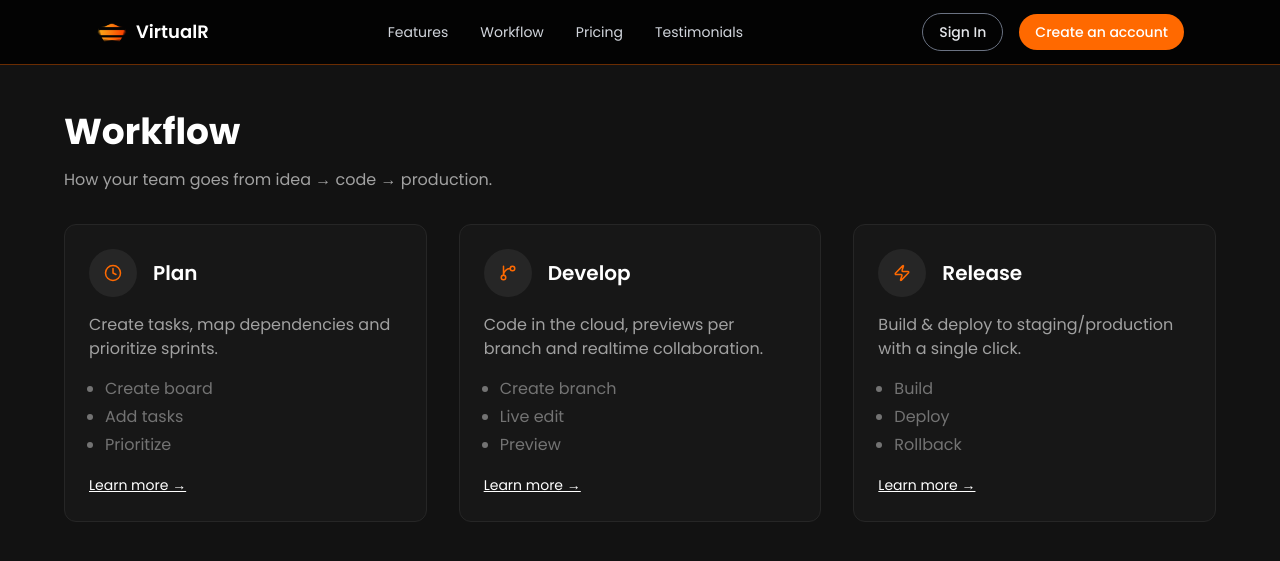
Repository: Khushichugh14/Virtualab
Page: /workflow/develop
These files come from the project's save history. The page is drawn as it stood at one moment and after the next save; the edit follows.
The browser window is 1280 px wide. The pictures show the whole page.
The project was rebuilt for these pictures with package versions that can differ from the ones it lists, and the page was loaded fresh each time. Also part of the build but not shown: vite.config.js, src/constants/index.jsx, src/pages/StartFree.jsx, src/pages/Documentation.jsx, src/pages/CreatAccount.jsx, src/pages/SignIn.jsx, src/components/HeroSection.jsx, src/components/FeatureSection.jsx and 10 more. Imported but missing from the stored project, and not drawn on this page: src/assets/video1.mp4, src/assets/video2.mp4.

Above is the page before, as saved 2025-12-11 12:10:27.

### index.html
<!doctype html>
<html lang="en">
  <head>
    <meta charset="UTF-8" />
    <link rel="icon" type="image/svg+xml" href="/vite.svg" />
    <meta name="viewport" content="width=device-width, initial-scale=1.0" />
    <title>virtular</title>
  </head>
  <body>
    <div id="root"></div>
    <script type="module" src="/src/main.jsx"></script>
  </body>
</html>

### src/main.jsx
import React from "react";
import ReactDOM from "react-dom/client";
import App from "./App";
import { BrowserRouter } from "react-router-dom";
import "./index.css";
import { Toaster } from "react-hot-toast";

ReactDOM.createRoot(document.getElementById("root")).render(
  <React.StrictMode>
    <BrowserRouter>
      <App />
       <Toaster position="top-right" />
    </BrowserRouter>
  </React.StrictMode>
);

### src/App.jsx
// App.jsx
import Navbar from "./components/Navbar";

import StartFree from "./pages/StartFree";
import Documentation from "./pages/Documentation";
import CreateAccount from "./pages/CreatAccount";
import SignIn from "./pages/SignIn";

import { Routes, Route } from "react-router-dom";
import HomePage from "./pages/HomePage";
import FeaturePage from "./pages/FeaturePage";
import FeatureDetail from "./pages/FeatureDetail";
import WorkflowPage from "./pages/WorkFlowPage";
import PricingPage from "./pages/PricingPage";
import TestimonialsPage from "./pages/Testimonials";
import WorkflowDetail from "./pages/WorkflowDetail";


const App = () => {
  return (
    <>
      <Navbar />

      <Routes>
        {/* Landing page */}
        <Route path="/" element={<HomePage />} />

        {/* Other pages */}
        <Route path="/start-free" element={<StartFree />} />
        <Route path="/documentation" element={<Documentation />} />
        <Route path="/create-account" element={<CreateAccount />} />
        <Route path="/signin" element={<SignIn />} />
        <Route path="/features" element={<FeaturePage />} />
        <Route path="/features/:id" element={<FeatureDetail />} />
        <Route path="/workflow" element={<WorkflowPage />} />
        <Route path="/workflow/:id" element={<WorkflowDetail />} />
        <Route path="/pricing" element={<PricingPage />} />
        <Route path="/testimonials" element={<TestimonialsPage />} />
      </Routes>
    </>
  );
};

export default App;

### src/index.css
@import url('https://fonts.googleapis.com/css2?family=Poppins:ital,wght@0,100;0,200;0,300;0,400;0,500;0,600;0,700;0,800;0,900;1,100;1,200;1,300;1,400;1,500;1,600;1,700;1,800;1,900&display=swap');

@import "tailwindcss";

:root {
  font-family: "Poppins", sans-serif;
  color-scheme: dark;
}

### src/components/Navbar.jsx
import { Menu, X } from "lucide-react";
import { useEffect, useState } from "react";
import logo from "../assets/logo.png";
import { navItems } from "../constants";
import { useNavigate, useLocation } from "react-router-dom";

const SESSION_KEY = "virtualrSession"; // ✅ Match CreateAccount & SignIn

const Navbar = () => {
  const [isMenuOpen, setIsMenuOpen] = useState(false);
  const [isLoggedIn, setIsLoggedIn] = useState(false);

  const navigate = useNavigate();
  const location = useLocation();

  useEffect(() => {
    const session = localStorage.getItem(SESSION_KEY);
    setIsLoggedIn(!!session); // logged in if session exists
  }, [location.pathname]);

  const handleNavClick = (path) => {
    if (!path) return;

    setIsMenuOpen(false);

    if (path.startsWith("#") || path.startsWith("/#")) {
      const sectionId = path.startsWith("#")
        ? path.slice(1)
        : path.split("#")[1];

      const scrollToSection = () => {
        const section = document.getElementById(sectionId);
        if (section) section.scrollIntoView({ behavior: "smooth" });
      };

      if (location.pathname !== "/") {
        navigate("/");
        setTimeout(scrollToSection, 150);
      } else {
        scrollToSection();
      }

      return;
    }

    navigate(path);
  };

  const handleLogout = () => {
    localStorage.removeItem(SESSION_KEY); // ❗ remove VR login session
    setIsLoggedIn(false);
    navigate("/create-account"); // after logout go to signup
  };

  return (
    <nav className="fixed top-0 left-0 right-0 z-50 bg-black/80 backdrop-blur-md border-b border-orange-500/40">
      <div className="max-w-6xl mx-auto px-4 sm:px-6 lg:px-8">
        <div className="flex justify-between h-16 items-center">
          {/* Logo */}
          <div
            className="flex items-center gap-2 cursor-pointer"
            onClick={() => handleNavClick("/")}
          >
            <img src={logo} alt="VirtualR Logo" className="h-8 w-auto" />
            <span className="text-white font-semibold text-lg">VirtualR</span>
          </div>

          {/* Desktop nav */}
          <div className="hidden md:flex items-center space-x-8">
            {navItems.map((item) => (
              <button
                key={item.label}
                onClick={() => handleNavClick(item.path)}
                className="text-gray-300 hover:text-white transition-colors text-sm"
              >
                {item.label}
              </button>
            ))}
          </div>

          {/* Right buttons */}
          <div className="hidden md:flex items-center space-x-4">
            {isLoggedIn ? (
              <button
                onClick={handleLogout}
                className="px-4 py-2 rounded-full bg-orange-500 hover:bg-orange-600 text-white text-sm font-medium transition-colors"
              >
                Logout
              </button>
            ) : (
              <>
                <button
                  onClick={() => handleNavClick("/signin")}
                  className="px-4 py-2 rounded-full border border-gray-500 text-gray-200 hover:bg-gray-800 text-sm font-medium transition-colors"
                >
                  Sign In
                </button>
                <button
                  onClick={() => handleNavClick("/create-account")}
                  className="px-4 py-2 rounded-full bg-orange-500 hover:bg-orange-600 text-white text-sm font-medium transition-colors"
                >
                  Create an account
                </button>
              </>
            )}
          </div>

          {/* Mobile menu toggle */}
          <div className="md:hidden flex items-center">
            <button
              onClick={() => setIsMenuOpen((prev) => !prev)}
              className="text-gray-200 hover:text-white focus:outline-none"
            >
              {isMenuOpen ? <X size={24} /> : <Menu size={24} />}
            </button>
          </div>
        </div>
      </div>

      {/* Mobile menu */}
      {isMenuOpen && (
        <div className="md:hidden bg-black/95 border-t border-orange-500/40">
          <div className="px-4 py-4 space-y-3">
            {navItems.map((item) => (
              <button
                key={item.label}
                onClick={() => handleNavClick(item.path)}
                className="block w-full text-left text-gray-300 hover:text-white py-1"
              >
                {item.label}
              </button>
            ))}

            <div className="pt-3 border-t border-gray-700 mt-2">
              {isLoggedIn ? (
                <button
                  onClick={handleLogout}
                  className="w-full px-4 py-2 rounded-full bg-orange-500 hover:bg-orange-600 text-white text-sm font-medium transition-colors"
                >
                  Logout
                </button>
              ) : (
                <>
                  <button
                    onClick={() => handleNavClick("/signin")}
                    className="w-full mb-2 px-4 py-2 rounded-full border border-gray-500 text-gray-200 hover:bg-gray-800 text-sm font-medium transition-colors"
                  >
                    Sign In
                  </button>
                  <button
                    onClick={() => handleNavClick("/create-account")}
                    className="w-full px-4 py-2 rounded-full bg-orange-500 hover:bg-orange-600 text-white text-sm font-medium transition-colors"
                  >
                    Create an account
                  </button>
                </>
              )}
            </div>
          </div>
        </div>
      )}
    </nav>
  );
};

export default Navbar;

### src/pages/WorkflowDetail.jsx
// src/pages/WorkflowPage.jsx
import { workflow } from "../constants/siteData";
import { Link } from "react-router-dom";

const WorkflowPage = () => {
  return (
    <main className="px-6 pt-28 pb-12">
      <div className="max-w-6xl mx-auto">
        <h1 className="text-4xl font-bold mb-4">Workflow</h1>
        <p className="text-neutral-400 max-w-2xl mb-8">
          How your team goes from idea → code → production.
        </p>

        <div className="grid grid-cols-1 md:grid-cols-3 gap-8">
          {workflow.map((w) => (
            <div
              key={w.id}
              className="p-6 bg-neutral-900 rounded-xl border border-neutral-800 hover:shadow-lg transition h-full flex flex-col"
            >
              <div className="flex items-center gap-4 mb-4">
                <div className="h-12 w-12 flex items-center justify-center rounded-full bg-neutral-800 text-orange-500">
                  {w.icon}
                </div>
                <h3 className="text-xl font-semibold">{w.title}</h3>
              </div>

              <p className="text-neutral-400 mb-4 flex-1">{w.short}</p>

              <ul className="text-neutral-500 ml-4 list-disc space-y-1 mb-4">
                {w.steps.map((s, i) => (
                  <li key={i}>{s}</li>
                ))}
              </ul>

              <div className="mt-auto">
                <Link
                  to={`/workflow/${w.id}`}
                  className="text-sm underline hover:no-underline"
                >
                  Learn more →
                </Link>
              </div>
            </div>
          ))}
        </div>
      </div>
    </main>
  );
};

export default WorkflowPage;

### src/constants/features.jsx
// src/constants/features.js
import {
  Zap,
  Users,
  Server,
  Terminal,
  Database,
  Cpu,
  Archive,
  Clock,
  ShieldCheck
} from "lucide-react";

export const features = [
  {
    id: "ai-suggestions",
    icon: <Zap size={20} />,
    title: "AI Code Suggestions",
    short: "Autocomplete, refactors & smart snippets.",
    longDescription:
      "Context-aware AI suggestions that complete your code, propose refactors, and generate tests. Save developer time by letting the editor handle repetitive patterns while you focus on design and architecture.",
    image: "/src/assets/features/ai-suggestion.jpg",
    bullets: [
      "Contextual code completion",
      "Refactor suggestions",
      "Test skeleton generation"
    ],
    tags: ["AI", "Productivity"],
    link: "/features/ai-suggestions"
  },
  {
    id: "realtime-collab",
    icon: <Users size={20} />,
    title: "Real-time Collaboration",
    short: "Work together live with teammates.",
    longDescription:
      "Share a development session with teammates: live cursors, shared terminals, and synchronized previews. Ideal for pair programming, design reviews, and remote onboarding.",
    image: "/src/assets/features/real-time-collab.jpg",
    bullets: ["Live cursors", "Shared terminals", "Session recording"],
    tags: ["Collaboration", "Teams"],
    link: "/features/realtime-collab"
  },
  {
    id: "one-click-deploy",
    icon: <Server size={20} />,
    title: "One-Click Deployments",
    short: "Deploy to staging/production instantly.",
    longDescription:
      "Automate build & deploy pipelines with a single click. Choose environment, preview build logs, and roll back easily. Integrates with GitHub, GitLab and CI providers.",
    image: "/src/assets/features/one-click-deploy.jpg",
    bullets: ["Branches & environments", "Rollback", "CI integration"],
    tags: ["CI/CD", "Deployment"],
    link: "/features/one-click-deploy"
  },
  {
    id: "built-in-terminal",
    icon: <Terminal size={20} />,
    title: "Built-in Terminal",
    short: "Terminal inside the browser.",
    longDescription:
      "A secure, persistent terminal inside your workspace allowing commands, package installs, and runtime debugging without leaving the browser.",
    image: "/src/assets/features/build-in-terminal.png",
    bullets: ["Persistent sessions", "Port forwarding", "Shell access"],
    tags: ["DevTools"],
    link: "/features/built-in-terminal"
  },
  {
    id: "database-sync",
    icon: <Database size={20} />,
    title: "Database Sync",
    short: "Seed, inspect and sync databases.",
    longDescription:
      "Manage local and remote databases, sync schema changes, and generate migrations automatically. Inspect rows, run queries and snapshot production data safely.",
    image: "/src/assets/features/datanbase.sync.jpg",
    bullets: ["Migrations", "Query explorer", "Snapshots"],
    tags: ["Database", "Productivity"],
    link: "/features/database-sync"
  },
  {
    id: "code-performance",
    icon: <Cpu size={20} />,
    title: "Performance Profiler",
    short: "Find hotspots & optimize.",
    longDescription:
      "Profile CPU and memory usage, visualize flamegraphs and get recommendations to reduce latency and resource use.",
    image: "/src/assets/features/code-performance.jpg",
    bullets: ["Flamegraphs", "Memory snapshots", "Actionable tips"],
    tags: ["Performance"],
    link: "/features/code-performance"
  },
  {
    id: "artifact-storage",
    icon: <Archive size={20} />,
    title: "Artifact Storage",
    short: "Keep build artifacts & logs.",
    longDescription:
      "Store build artifacts, logs and test reports per deployment so you can trace regressions and reproduce failures.",
    image: "/src/assets/features/artirfact-storage.jpg",
    bullets: ["Retention policies", "Search logs", "Download artifacts"],
    tags: ["DevOps"],
    link: "/features/artifact-storage"
  },
  {
    id: "slo-monitoring",
    icon: <Clock size={20} />,
    title: "SLO Monitoring",
    short: "Uptime & latency monitoring with alerts.",
    longDescription:
      "Define SLOs, track uptime and latency, and receive alerts to Slack/email when thresholds are crossed.",
    image: "/src/assets/features/slo-monitoring.jpg",
    bullets: ["Custom alerts", "Dashboards", "Historical trends"],
    tags: ["Monitoring", "SRE"],
    link: "/features/slo-monitoring"
  },
  {
    id: "security-audit",
    icon: <ShieldCheck size={20} />,
    title: "Security Audits",
    short: "Automatic static & dependency scans.",
    longDescription:
      "Run automated security scans for vulnerabilities, suggest fixes and produce reports to meet compliance requirements.",
    image: "/src/assets/features/security-audit.jpg",
    bullets: ["Dependency scanning", "Static analysis", "Fix suggestions"],
    tags: ["Security", "Compliance"],
    link: "/features/security-audit"
  }
];

export default features;

### src/constants/siteData.jsx
// src/constants/siteData.js
import { Zap, Clock, GitBranch, Award, DollarSign } from "lucide-react";

export const workflow = [
  {
    id: "plan",
    title: "Plan",
    short: "Create tasks, map dependencies and prioritize sprints.",
    longDescription:
      "Planning helps teams break down goals into actionable work. Use boards, milestones and priorities to keep the team aligned and reduce scope creep.",
    steps: ["Create board", "Add tasks", "Prioritize"],
    examples: [
      "Sprint planning: define issues and assign points.",
      "Roadmap: group tickets by milestone and owner."
    ],
    resources: [
      { label: "Planning template (PDF)", href: "/assets/docs/planning-template.pdf" },
      { label: "Agile 101", href: "https://example.com/agile-101" }
    ],
    video: "https://www.youtube.com/embed/5qap5aO4i9A", // optional external video
    icon: <Clock size={18} />
  },
  {
    id: "develop",
    title: "Develop",
    short: "Code in the cloud, previews per branch and realtime collaboration.",
    longDescription:
      "Develop with live previews, branch-level environments and shared editing for fast feedback loops. Integrate linting and tests into the workflow to catch issues early.",
    steps: ["Create branch", "Live edit", "Preview"],
    examples: [
      "Pair-programming: two developers collaborate on the same session.",
      "Preview per branch: QA can test feature branch before merge."
    ],
    resources: [
      { label: "Dev environment guide", href: "/docs/dev-environment" },
      { label: "Live share tutorial", href: "https://example.com/live-share" }
    ],
    video: "https://files.mycdn.com/videos/dev-preview.mp4", // mp4 link or null
    icon: <GitBranch size={18} />
  },
  {
    id: "release",
    title: "Release",
    short: "Build & deploy to staging/production with a single click.",
    longDescription:
      "Automate build & deploy pipelines with environment controls, rollbacks and build artifact storage so releases are reliable and traceable.",
    steps: ["Build", "Deploy", "Rollback"],
    examples: [
      "Blue/green deployment for zero-downtime releases.",
      "Automatic rollback when health checks fail."
    ],
    resources: [
      { label: "Deployment checklist", href: "/docs/deploy-checklist" },
      { label: "CI/CD best practices", href: "https://example.com/ci-cd" }
    ],
    video: null,
    icon: <Zap size={18} />
  }
];

export const pricing = [
  {
    id: "starter",
    name: "Starter",
    price: "$0",
    period: "mo",
    bullets: ["1 user", "Basic CI", "Community support"],
    cta: "/start"
  },
  {
    id: "pro",
    name: "Pro",
    price: "$12",
    period: "mo",
    bullets: ["5 users", "CI/CD", "Priority support"],
    cta: "/pricing#pro"
  },
  {
    id: "enterprise",
    name: "Enterprise",
    price: "Contact",
    period: "",
    bullets: ["Custom seats", "SLA", "Dedicated support"],
    cta: "/contact"
  }
];

export const testimonials = [
  {
    id: "t1",
    name: "Asha K.",
    role: "Engineering Lead, Acme",
    quote:
      "The platform reduced our onboarding time by 40%. Collaboration is seamless.",
    avatar: "/assets/avatars/asha.jpg"
  },
  {
    id: "t2",
    name: "Ravi P.",
    role: "CTO, Buildify",
    quote:
      "One-click deploy saved so much time. The realtime editor made pair programming easy.",
    avatar: "/assets/avatars/ravi.jpg"
  }
];

After the next save:
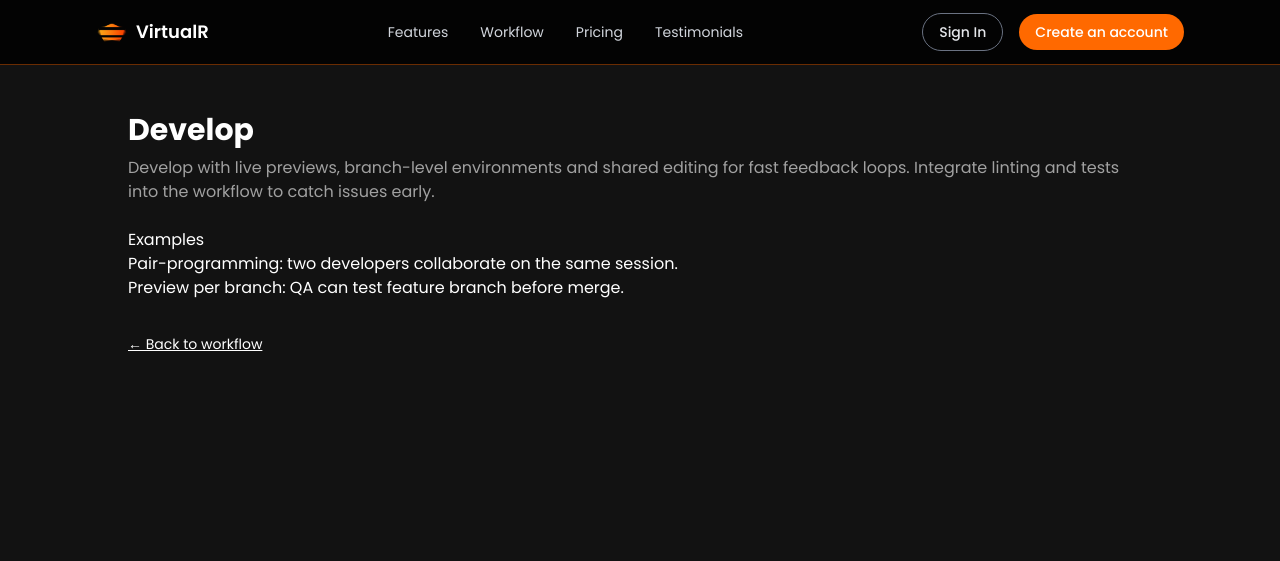
Saved 14 s later.
--- a/src/pages/WorkflowDetail.jsx
+++ b/src/pages/WorkflowDetail.jsx
@@ -1,51 +1,35 @@
-// src/pages/WorkflowPage.jsx
+import { useParams, Link, useNavigate } from "react-router-dom";
 import { workflow } from "../constants/siteData";
-import { Link } from "react-router-dom";
 
-const WorkflowPage = () => {
+const WorkflowDetail = () => {
+  const { id } = useParams();
+  const item = workflow.find((w) => w.id === id);
+
+  if (!item) return (
+    <main className="px-6 pt-28 pb-12">
+      <div className="max-w-3xl mx-auto text-center">
+        <h2>Step not found</h2>
+        <button onClick={() => window.history.back()}>Go back</button>
+      </div>
+    </main>
+  );
+
   return (
     <main className="px-6 pt-28 pb-12">
-      <div className="max-w-6xl mx-auto">
-        <h1 className="text-4xl font-bold mb-4">Workflow</h1>
-        <p className="text-neutral-400 max-w-2xl mb-8">
-          How your team goes from idea → code → production.
-        </p>
+      <div className="max-w-5xl mx-auto">
+        <h1 className="text-3xl font-bold">{item.title}</h1>
+        <p className="text-neutral-400 mt-2">{item.longDescription}</p>
+        <div className="mt-6">
+          <h4>Examples</h4>
+          <ul>{item.examples?.map((e,i) => <li key={i}>{e}</li>)}</ul>
+        </div>
 
-        <div className="grid grid-cols-1 md:grid-cols-3 gap-8">
-          {workflow.map((w) => (
-            <div
-              key={w.id}
-              className="p-6 bg-neutral-900 rounded-xl border border-neutral-800 hover:shadow-lg transition h-full flex flex-col"
-            >
-              <div className="flex items-center gap-4 mb-4">
-                <div className="h-12 w-12 flex items-center justify-center rounded-full bg-neutral-800 text-orange-500">
-                  {w.icon}
-                </div>
-                <h3 className="text-xl font-semibold">{w.title}</h3>
-              </div>
-
-              <p className="text-neutral-400 mb-4 flex-1">{w.short}</p>
-
-              <ul className="text-neutral-500 ml-4 list-disc space-y-1 mb-4">
-                {w.steps.map((s, i) => (
-                  <li key={i}>{s}</li>
-                ))}
-              </ul>
-
-              <div className="mt-auto">
-                <Link
-                  to={`/workflow/${w.id}`}
-                  className="text-sm underline hover:no-underline"
-                >
-                  Learn more →
-                </Link>
-              </div>
-            </div>
-          ))}
+        <div className="mt-8">
+          <Link to="/workflow" className="text-sm underline">← Back to workflow</Link>
         </div>
       </div>
     </main>
   );
 };
 
-export default WorkflowPage;
+export default WorkflowDetail;
